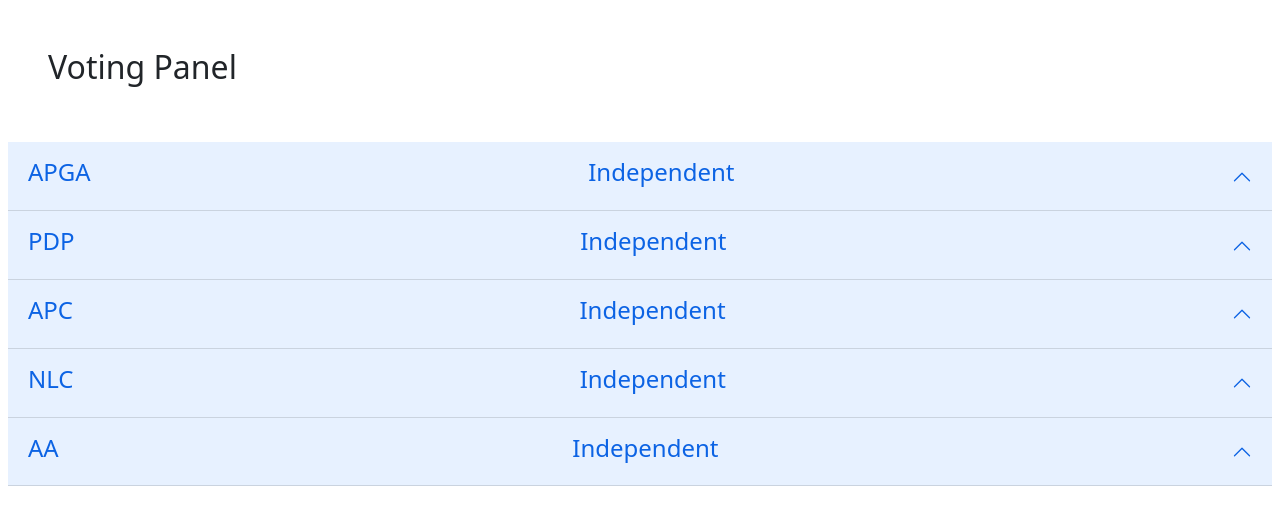
Repository: DavidManiIbrahim/Voting-app
Page: panel.html
The author's editor kept a copy of each file at every save. The page is drawn from the files as they stood at one save, then again after the next save.
The browser window is 1280 px wide. The pictures show the whole page.

Above is the page before, as saved 2025-01-20 06:25:13.

### panel.html
<!DOCTYPE html>
<html lang="en">

<head>
    <meta charset="UTF-8">
    <meta name="viewport" content="width=device-width, initial-scale=1.0">
    <title>Voting Panel</title>
    <link rel="stylesheet" href="./bootstrap.css">
</head>

<body>

    <h2 class="m-5">Voting Panel</h2>

    <div class="container-fluid p-2  ">
        <!-- accordion one -->
        <button class="accordion-button" data-bs-toggle="collapse" data-bs-target="#accord">
            <h4 class="accor">APGA</h4>
            <img src="" alt="">

            <h4 class="ms-auto">Independent</h4>
            <img src="" alt="">
        </button>

        <ul class="collapse list-unstyled" id="accord">
            <p>
                <span class="fw-bold">Name:</span>
                Abubakar
            </p>
            <p>
            <p>
                <span class="fw-bold">Age:</span>
                30
            </p>
            <p>
                <span class="fw-bold">Education:</span>
                University Of Abuja
            </p>
            <p>
                <span class="fw-bold">Party:</span>
                University Of Abuja
            </p>
        </ul>

        <!-- accordion two -->
        <button class="accordion-button" data-bs-toggle="collapse" data-bs-target="#accord1">
            <h4 class="accor">PDP</h4>
            <img src="" alt="">

            <h4 class="ms-auto">Independent</h4>
            <img src="" alt="">
        </button>

        <ul class="collapse list-unstyled" id="accord1">
            <p>
                <span class="fw-bold">Name:</span>
                Abubakar
            </p>
            <p>
            <p>
                <span class="fw-bold">Age:</span>
                30
            </p>
            <p>
                <span class="fw-bold">Education:</span>
                University Of Abuja
            </p>
            <p>
                <span class="fw-bold">Party:</span>
                University Of Abuja
            </p>
        </ul>

        <!-- accordion three -->
        <button class="accordion-button" data-bs-toggle="collapse" data-bs-target="#accord2">
            <h4 class="accor">APC</h4>
            <img src="" alt="">

            <h4 class="ms-auto">Independent</h4>
            <img src="" alt="">
        </button>
            <ul class="collapse list-unstyled" id="accord2">
                <p>
                    <span class="fw-bold">Name:</span>
                    Abubakar
                </p>
                <p>
                <p>
                    <span class="fw-bold">Age:</span>
                    30
                </p>
                <p>
                    <span class="fw-bold">Education:</span>
                    University Of Abuja
                </p>
                <p>
                    <span class="fw-bold">Party:</span>
                    University Of Abuja
                </p>
        </ul>

        <!-- accordion four -->
        <button class="accordion-button" data-bs-toggle="collapse" data-bs-target="#accord3">
            <h4 class="accor">NLC</h4>
            <img src="" alt="">

            <h4 class="ms-auto">Independent</h4>
            <img src="" alt="">
        </button>

        <ul class="collapse list-unstyled" id="accord3">
            <p>
                <span class="fw-bold">Name:</span>
                Abubakar
            </p>
            <p>
            <p>
                <span class="fw-bold">Age:</span>
                30
            </p>
            <p>
                <span class="fw-bold">Education:</span>
                University Of Abuja
            </p>
            <p>
                <span class="fw-bold">Party:</span>
                Nigeria Labour Congress
            </p>
        </ul>

        <!-- accordion five -->
        <button class="accordion-button" data-bs-toggle="collapse" data-bs-target="#accord4">
            <h4 class="accor">AA</h4>
            <img src="" alt="">

            <h4 class="ms-auto">Independent</h4>
            <img src="" alt="">
        </button>

        <ul class="collapse list-unstyled" id="accord4">
            <p>
                <span class="fw-bold">Name:</span>
                Abubakar
            </p>
            <p>
            <p>
                <span class="fw-bold">Age:</span>
                30
            </p>
            <p>
                <span class="fw-bold">Education:</span>
                University Of Abuja
            </p>
            <p>
                <span class="fw-bold">Party:</span>
                Action Alliance
            </p>

        </ul>

    </div>








    <script src="./bootstrap.min.js"></script>
</body>

</html>

Loaded but not shown: bootstrap.css (library); bootstrap.min.js (library)

After the next save:
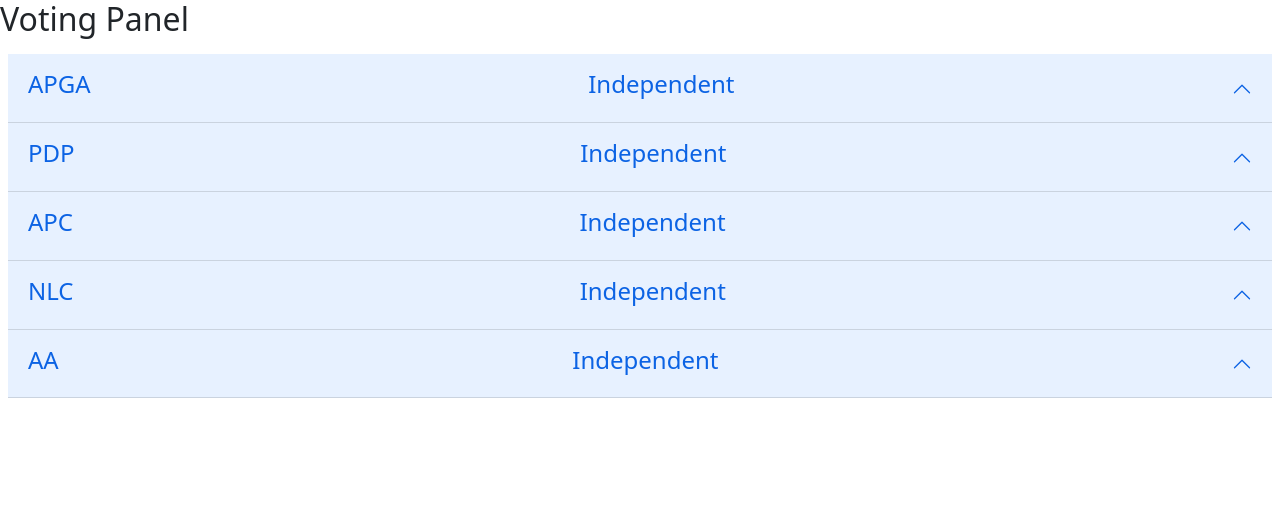
Saved 14 s later.
--- a/panel.html
+++ b/panel.html
@@ -10,7 +10,7 @@
 
 <body>
 
-    <h2 class="m-5">Voting Panel</h2>
+    <h2 class="ml-5">Voting Panel</h2>
 
     <div class="container-fluid p-2  ">
         <!-- accordion one -->
